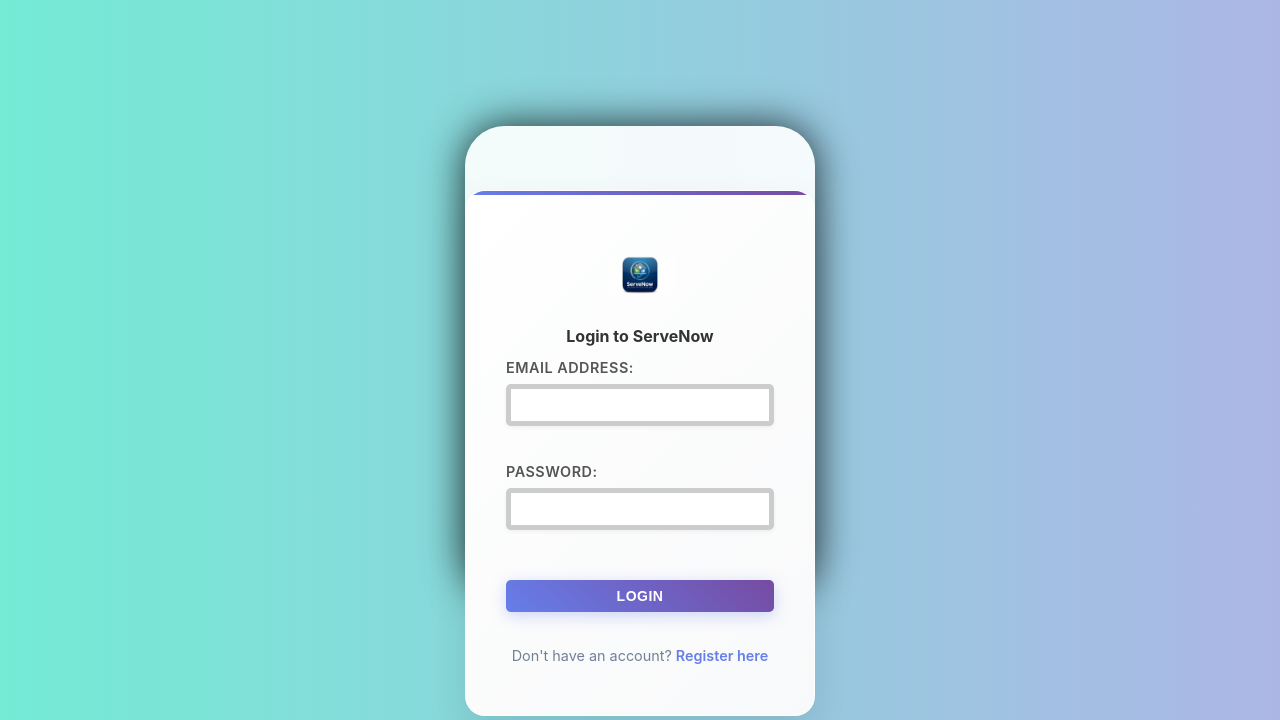
Repository: onenet786/servenow
Page: login.html
An editor plug-in stored every save of this project. The page is shown before and after a run of saves, followed by the edit.
The browser window is 1280 px wide. The pictures show the whole page.

Above is the page before, as saved 2025-12-14 19:41:22.

### login.html
<!DOCTYPE html>
<html lang="en">
<head>
    <meta charset="UTF-8">
    <meta name="viewport" content="width=device-width, initial-scale=1.0">
    <title>Login - ServeNow</title>
    <link rel="stylesheet" href="style/main.css">
    <link rel="stylesheet" href="https://cdnjs.cloudflare.com/ajax/libs/font-awesome/6.0.0/css/all.min.css">
    <link rel="icon" type="image/png" href="images/servenow.png">
    <style>
        body {
            background: linear-gradient(to right, #74ebd5, #acb6e5);
            background-size: cover;
            background-position: center;
            height: 60vh;
            margin: 0;
            display: flex;
            align-items: center;
            justify-content: center;
        }

        .login-container {
            background-color: rgba(255, 255, 255, 0.9);
            /* padding: 2px; */
            border-radius: 40px;
            box-shadow: 0 0 40px rgba(0, 0, 0, 0.8);
            width: 350px;
            text-align: center;
            max-height: 65vh
            /* removed scroll constraint */
        }

        .logo {
            display: flex;
            align-items: center;
            justify-content: center;
            margin-bottom: 20px;
        }
        .login-form .logo {
            display: flex;
            align-items: center;
            justify-content: center;
            margin: 0 auto 16px auto;
            text-align: center;
        }
        .login-form .logo img {
            display: block;
            margin: 0 auto;
        }

        .logo img {
            width: 72px;
            height: 72px;
            object-fit: contain;
            margin-bottom: 8px;
        }

        .logo h1 {
            margin: 0;
            color: #007bff;
            font-size: 2.5rem;
            font-weight: 700;
            text-shadow: 1px 1px 2px rgba(0, 0, 0, 0.1);
        }

        .login-form h2 {
            margin-bottom: 10px;
            font-size: 1rem;
            color: #333;
        }

        .form-group {
            margin-bottom: 10px;
            text-align: left;
        }

        .form-group label {
            display: block;
            margin-bottom: 5px;
            color: #555;
        }

        .form-group input {
            width: 100%;
            padding: 6px;
            border: 5px solid #ccc;
            border-radius: 5px;
        }

        .btn-primary {
            background-color: #007bff;
            color: #fff;
            padding: 8px;
            border: none;
            border-radius: 5px;
            cursor: pointer;
            width: 100%;
            font-size: 14px;
        }

        .btn-primary:hover {
            background-color: #0056b3;
        }

        p {
            margin-top: 12px;
            color: #555;
        }

        a {
            color: #007bff;
            text-decoration: none;
        }

        a:hover {
            text-decoration: underline;
        }

        /* ===== MODERN TOAST NOTIFICATIONS ===== */
        .toast-container {
            position: fixed;
            top: 20px;
            right: 20px;
            z-index: 9999;
            display: flex;
            flex-direction: column;
            gap: 12px;
            pointer-events: none;
        }

        .toast {
            display: flex;
            align-items: center;
            gap: 12px;
            padding: 16px 24px;
            border-radius: 12px;
            box-shadow: 0 8px 24px rgba(0, 0, 0, 0.15);
            background: white;
            min-width: 300px;
            max-width: 500px;
            pointer-events: auto;
            animation: slideIn 0.3s cubic-bezier(0.4, 0, 0.2, 1) forwards;
            position: relative;
            overflow: hidden;
        }

        .toast::before {
            content: '';
            position: absolute;
            top: 0;
            left: 0;
            height: 100%;
            width: 4px;
        }

        .toast-icon {
            font-size: 24px;
            min-width: 24px;
            animation: popIn 0.5s cubic-bezier(0.34, 1.56, 0.64, 1) forwards;
        }

        .toast-content {
            display: flex;
            flex-direction: column;
            gap: 4px;
            flex: 1;
        }

        .toast-title {
            font-weight: 700;
            font-size: 0.95rem;
            margin: 0;
        }

        .toast-message {
            font-size: 0.85rem;
            margin: 0;
            opacity: 0.8;
        }

        .toast-close {
            background: none;
            border: none;
            font-size: 20px;
            cursor: pointer;
            opacity: 0.5;
            padding: 0;
            width: 24px;
            height: 24px;
        }

        .toast-progress {
            position: absolute;
            bottom: 0;
            left: 0;
            height: 3px;
            animation: progressBar 3s linear forwards;
        }

        .toast.success { background: linear-gradient(135deg, #f0fdf4 0%, #dcfce7 100%); border-left: 4px solid #10b981; }
        .toast.success .toast-icon { color: #10b981; }
        .toast.success .toast-title { color: #065f46; }
        .toast.success .toast-message { color: #047857; }
        .toast.success .toast-progress { background: #10b981; }

        .toast.error { background: linear-gradient(135deg, #fef2f2 0%, #fee2e2 100%); border-left: 4px solid #ef4444; }
        .toast.error .toast-icon { color: #ef4444; }
        .toast.error .toast-title { color: #7f1d1d; }
        .toast.error .toast-message { color: #b91c1c; }
        .toast.error .toast-progress { background: #ef4444; }

        .toast.warning { background: linear-gradient(135deg, #fffbeb 0%, #fef3c7 100%); border-left: 4px solid #f59e0b; }
        .toast.warning .toast-icon { color: #f59e0b; }
        .toast.warning .toast-title { color: #78350f; }
        .toast.warning .toast-message { color: #b45309; }
        .toast.warning .toast-progress { background: #f59e0b; }

        .toast.info { background: linear-gradient(135deg, #f0f9ff 0%, #e0f2fe 100%); border-left: 4px solid #0ea5e9; }
        .toast.info .toast-icon { color: #0ea5e9; }
        .toast.info .toast-title { color: #0c2d5f; }
        .toast.info .toast-message { color: #0369a1; }
        .toast.info .toast-progress { background: #0ea5e9; }

        @keyframes slideIn { from { transform: translateX(100%); opacity: 0; } to { transform: translateX(0); opacity: 1; } }
        @keyframes slideOut { from { transform: translateX(0); opacity: 1; } to { transform: translateX(100%); opacity: 0; } }
        @keyframes popIn { 0% { transform: scale(0); } 50% { transform: scale(1.2); } 100% { transform: scale(1); } }
        @keyframes progressBar { from { width: 100%; } to { width: 0%; } }

        .toast.removing { animation: slideOut 0.3s cubic-bezier(0.4, 0, 0.2, 1) forwards; }

        /* Mobile Landscape - Fit entire form in single screen */
        @media (max-height: 550px) and (orientation: landscape) {
            body {
                height: 100vh;
                padding: 0;
                margin: 0;
                display: flex;
                align-items: center;
                justify-content: center;
            }

            .login-container {
                border-radius: 6px;
                width: 92vw;
                max-width: 600px;
                height: auto;
                max-height: 88vh;
                overflow: hidden;
                padding: 0.25rem 0.45rem;
                background-color: rgba(255, 255, 255, 0.95);
                box-shadow: 0 0 15px rgba(0, 0, 0, 0.2);
                display: flex;
                align-items: center;
                justify-content: flex-start;
                gap: 0.5rem;
            }

            .logo {
                display: flex;
                flex-direction: column;
                align-items: center;
                justify-content: center;
                min-width: 80px;
                margin: 0;
            }

            .logo img {
                width: 70px;
                height: 70px;
                object-fit: contain;
                margin-bottom: 0;
            }

            .logo h1 {
                font-size: 0.9rem;
                margin: 0;
                color: #007bff;
                font-weight: 700;
                text-shadow: 1px 1px 2px rgba(0, 0, 0, 0.1);
            }

            .login-form {
                display: flex;
                flex-direction: column;
                gap: 0;
                margin: 0;
                width: calc(100% - 85px);
                text-align: center;
                flex-shrink: 1;
            }

            .login-form h2 {
                margin: 0 0 0.08rem 0;
                font-size: 0.82rem;
                color: #333;
            }

            .form-group {
                margin: 0 0 0.18rem 0;
                text-align: left;
            }

            .form-group label {
                display: none;
            }

            .form-group input {
                width: 100%;
                padding: 0.3rem 0.38rem;
                font-size: 0.76rem;
                border: 1px solid #ccc;
                border-radius: 4px;
                box-sizing: border-box;
                margin: 0;
            }

            .btn-primary {
                background-color: #007bff;
                color: #fff;
                padding: 0.38rem;
                border: none;
                border-radius: 4px;
                cursor: pointer;
                width: 100%;
                font-size: 0.78rem;
                margin: 0.1rem 0 0.05rem 0;
            }

            .btn-primary:hover {
                background-color: #0056b3;
            }

            p {
                margin: 0.08rem 0 0;
                color: #555;
                font-size: 0.66rem;
            }

            a {
                color: #007bff;
                text-decoration: none;
                font-size: 0.66rem;
            }

            a:hover {
                text-decoration: underline;
            }
        }

        /* Portrait view - show logo on top */
        @media (max-height: 550px) and (orientation: portrait) {
            .logo {
                display: block;
            }
        }

        /* Default - show logo on top */
        @media (min-height: 551px) {
            .logo {
                display: block;
            }
        }
    </style>
</head>
<body>
    <!-- Toast Notification Container -->
    <div id="toastContainer" class="toast-container"></div>

    <div class="login-container">
        <section class="login-form">
            <div class="logo">
                <img src="images/servenow.png" alt="ServeNow Logo">
            </div>
            <h2>Login to ServeNow</h2>
            <form id="loginForm" action="#" method="post">
                <div class="form-group">
                    <label for="email">Email Address:</label>
                    <input type="email" id="email" name="email" required>
                </div>

                <div class="form-group">
                    <label for="password">Password:</label>
                    <input type="password" id="password" name="password" required>
                </div>

                <button type="submit" class="btn btn-primary">Login</button>
            </form>

            <p>Don't have an account? <a href="register.html">Register here</a></p>
        </section>
    </div>

    <script src="js/app.js?v=7"></script>
    <script>
        // Mobile menu toggle functionality
        const menuToggle = document.getElementById('menuToggle');
        const navMenu = document.getElementById('navMenu');

        if (menuToggle && navMenu) {
            menuToggle.addEventListener('click', function() {
                navMenu.classList.toggle('active');
                menuToggle.classList.toggle('active');
            });

            // Close mobile menu when clicking on a link
            const navLinks = navMenu.querySelectorAll('a');
            navLinks.forEach(link => {
                link.addEventListener('click', function() {
                    navMenu.classList.remove('active');
                    menuToggle.classList.remove('active');
                });
            });

            // Close mobile menu when clicking outside
            document.addEventListener('click', function(event) {
                if (!navMenu.contains(event.target) && !menuToggle.contains(event.target)) {
                    navMenu.classList.remove('active');
                    menuToggle.classList.remove('active');
                }
            });
        }

        // ===== MODERN TOAST NOTIFICATION SYSTEM =====
        function showToast(title, message, type = 'info', duration = 3000) {
            const toastContainer = document.getElementById('toastContainer');
            const toast = document.createElement('div');
            toast.className = `toast ${type}`;

            const icons = {
                success: '✓',
                error: '✕',
                warning: '⚠',
                info: 'ℹ'
            };

            toast.innerHTML = `
                <div class="toast-icon">${icons[type] || '•'}</div>
                <div class="toast-content">
                    <h4 class="toast-title">${title}</h4>
                    <p class="toast-message">${message}</p>
                </div>
                <button class="toast-close" onclick="this.closest('.toast').remove()">✕</button>
                <div class="toast-progress"></div>
            `;

            toastContainer.appendChild(toast);

            setTimeout(() => {
                if (toast.parentElement) {
                    toast.classList.add('removing');
                    setTimeout(() => {
                        if (toast.parentElement) {
                            toast.remove();
                        }
                    }, 300);
                }
            }, duration);
        }

        function showSuccess(title, message, duration = 3000) {
            showToast(title, message, 'success', duration);
        }

        function showError(title, message, duration = 3000) {
            showToast(title, message, 'error', duration);
        }

        function showWarning(title, message, duration = 3000) {
            showToast(title, message, 'warning', duration);
        }

        function showInfo(title, message, duration = 3000) {
            showToast(title, message, 'info', duration);
        }
    </script>
</body>
</html>

Loaded but not shown: js/app.js (872 lines, source omitted); style/main.css (1953 lines, source omitted)

After the next 2 saves:
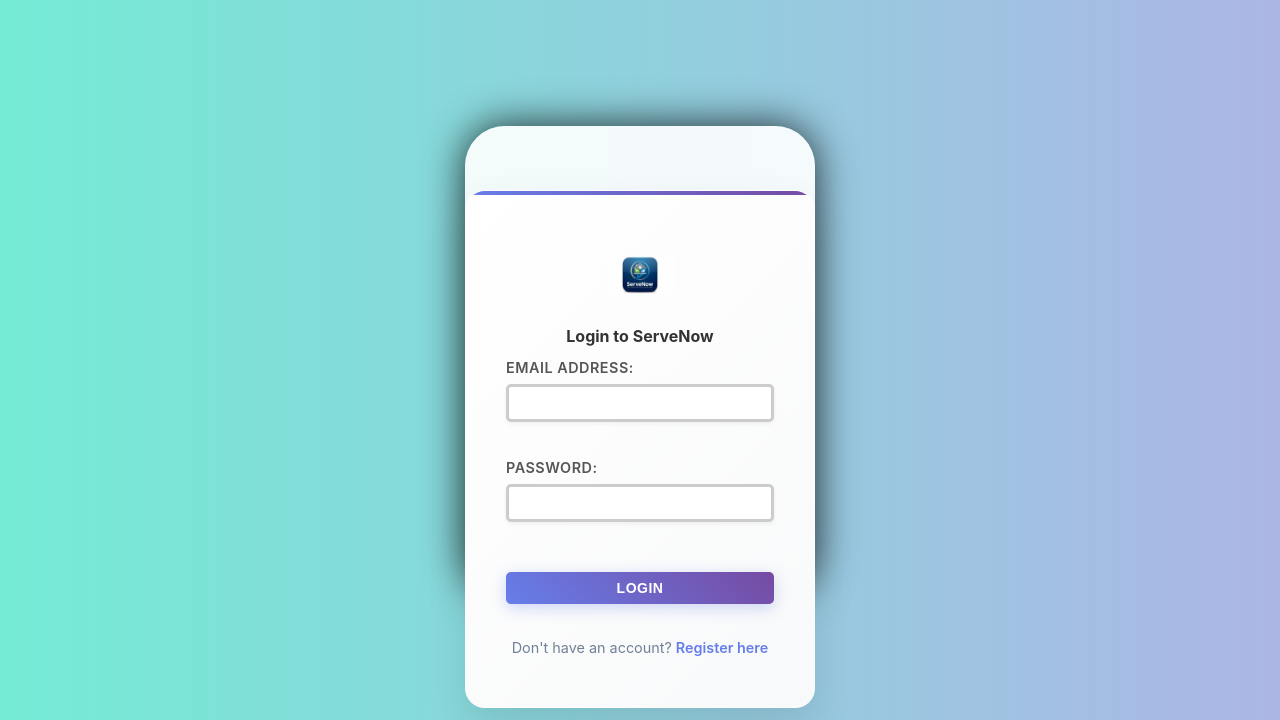
The 2 saves are shown as one change because they came seconds apart.
The last was saved 15 s later.
--- a/login.html
+++ b/login.html
@@ -83,7 +83,7 @@
         .form-group input {
             width: 100%;
             padding: 6px;
-            border: 5px solid #ccc;
+            border: 3px solid #ccc;
             border-radius: 5px;
         }
 
